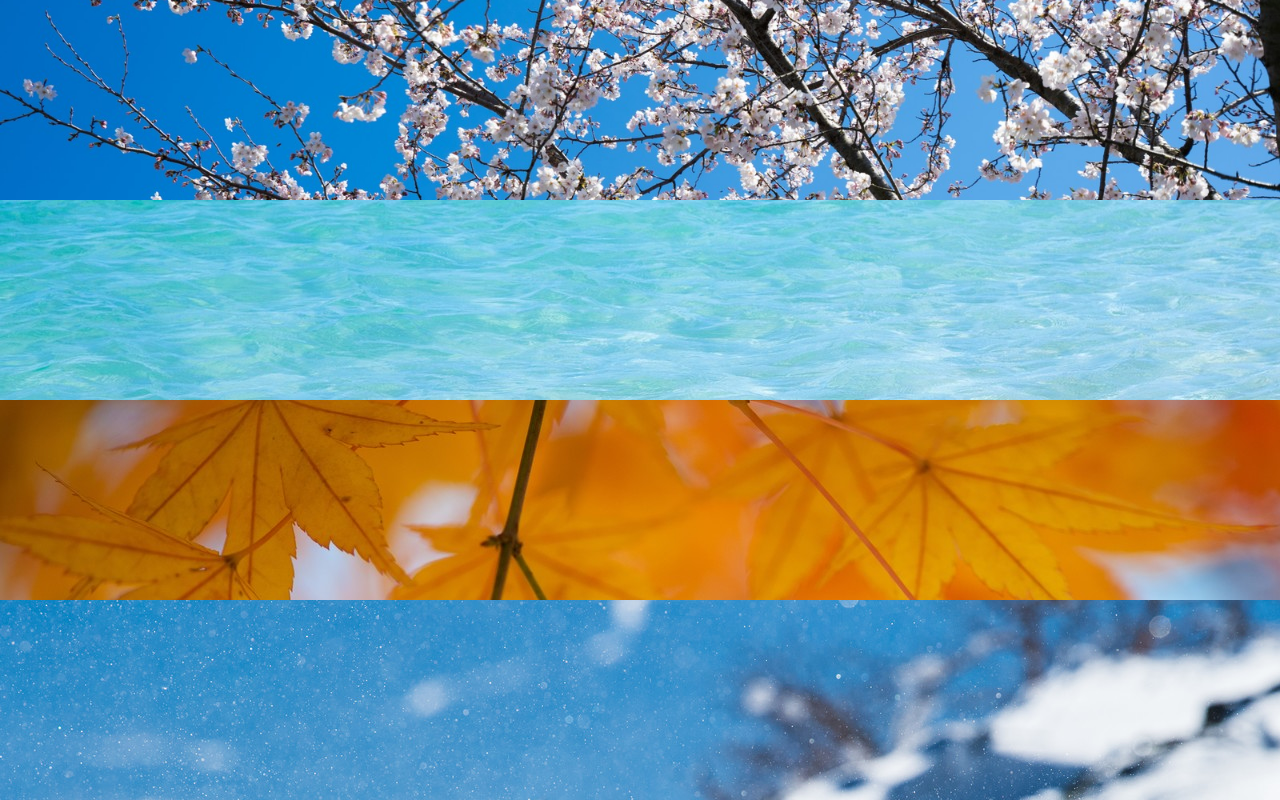
Repository: nonishi/1-6
Page: index.html
The author's editor kept a copy of each file at every save. The page is drawn from the files as they stood at one save, then again after a run of saves.
The browser window is 1280 px wide. The pictures show the whole page.

Above is the page before, as saved 2021-06-02 16:19:39.

After the next 3 saves:
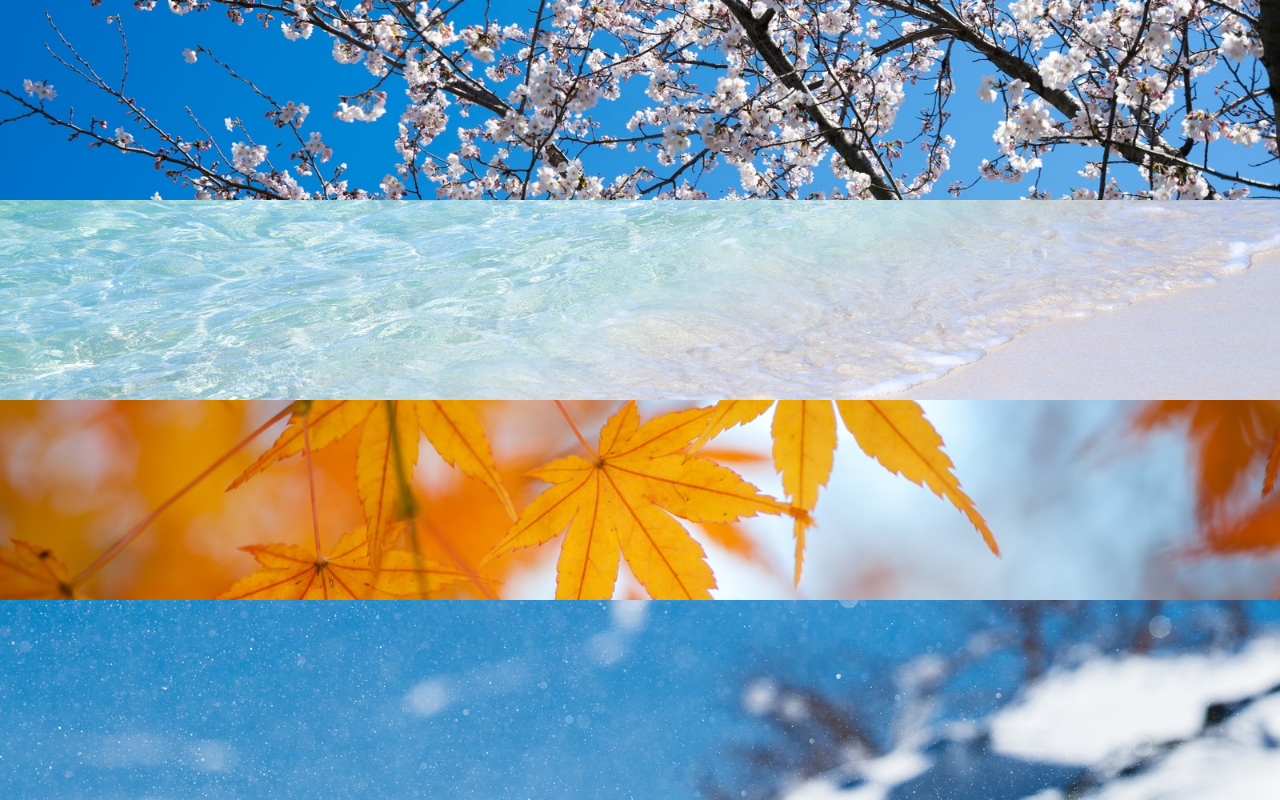
The 3 saves are shown as one change because they came seconds apart.
The last was saved 29 s later.
--- a/style.css
+++ b/style.css
@@ -12,10 +12,14 @@
 .summer{
   height: 200px;
   background-image: url(img/box2.jpg);
+  background-size: cover;
+  background-position: center;
 }
 .autumn{
   height: 200px;
   background-image: url(img/box3.jpg);
+  background-size: cover;
+  background-position: center;
 }
 .winter{
   height: 200px;
